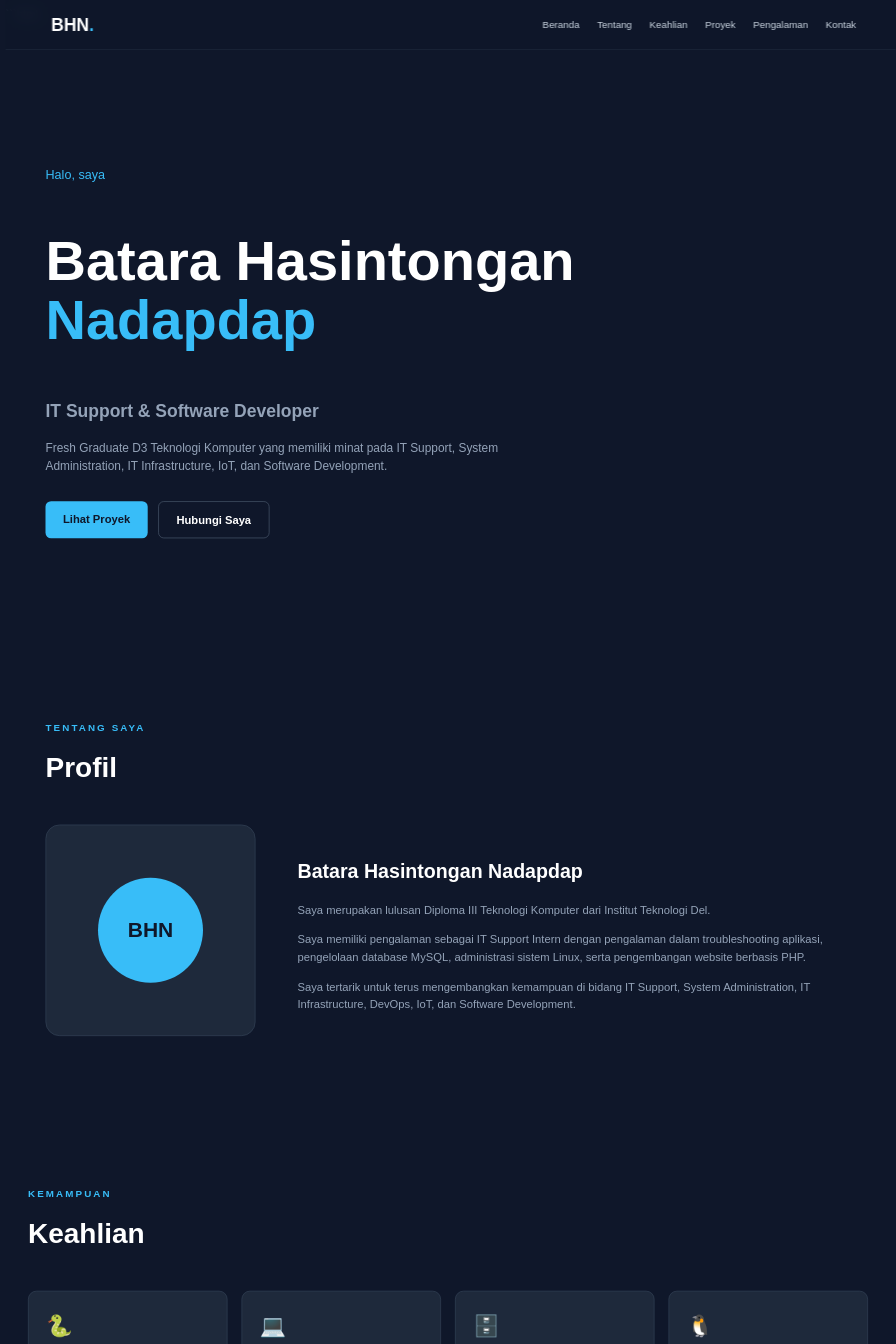
Repository: Sintong1117/Project1
Page: Index.html
The author's editor kept a copy of each file at every save. The page is drawn from the files as they stood at one save, then again after the next save.
The browser window is 1280 px wide. The pictures show the part of the page from y = 0 to 1920 px (the page is 5608 px tall before and 5044 px after), at 70% of full size.

Above is the page before, as saved 2026-09-14 09:09:35.
Console error: TypeError: "" is not a function

### Index.html
```html
<!DOCTYPE html>
<html lang="id">

<head>
    <meta charset="UTF-8">
    <meta name="viewport" content="width=device-width, initial-scale=1.0">

    <title>Batara Hasintongan Nadapdap | Portfolio</title>

    <link rel="stylesheet" href="style.css">
</head>

<body>

    <!-- NAVBAR -->
    <header>
        <nav class="navbar">
            <div class="logo">BHN<span>.</span></div>

            <ul class="nav-menu">
                <li><a href="#home">Beranda</a></li>
                <li><a href="#about">Tentang</a></li>
                <li><a href="#skills">Keahlian</a></li>
                <li><a href="#projects">Proyek</a></li>
                <li><a href="#experience">Pengalaman</a></li>
                <li><a href="#contact">Kontak</a></li>
            </ul>

            <button class="menu-button" onclick="toggleMenu()">☰</button>
        </nav>
    </header>


    <!-- HERO -->
    <section id="home" class="hero">

        <div class="hero-content">

            <p class="greeting">Halo, saya</p>

            <h1>
                Batara Hasintongan
                <span>Nadapdap</span>
            </h1>

            <h2>IT Support & Software Developer</h2>

            <p class="hero-description">
                Fresh Graduate D3 Teknologi Komputer yang memiliki
                minat pada IT Support, System Administration,
                IT Infrastructure, IoT, dan Software Development.
            </p>

            <div class="hero-buttons">
                <a href="#projects" class="btn primary">
                    Lihat Proyek
                </a>

                <a href="#contact" class="btn secondary">
                    Hubungi Saya
                </a>
            </div>

        </div>

    </section>


    <!-- ABOUT -->
    <section id="about" class="section">

        <div class="section-title">
            <p>TENTANG SAYA</p>
            <h2>Profil</h2>
        </div>

        <div class="about-content">

            <div class="about-card">
                <div class="profile-icon">BHN</div>
            </div>

            <div class="about-text">

                <h3>Batara Hasintongan Nadapdap</h3>

                <p>
                    Saya merupakan lulusan Diploma III Teknologi Komputer
                    dari Institut Teknologi Del.
                </p>

                <p>
                    Saya memiliki pengalaman sebagai IT Support Intern
                    dengan pengalaman dalam troubleshooting aplikasi,
                    pengelolaan database MySQL, administrasi sistem Linux,
                    serta pengembangan website berbasis PHP.
                </p>

                <p>
                    Saya tertarik untuk terus mengembangkan kemampuan
                    di bidang IT Support, System Administration,
                    IT Infrastructure, DevOps, IoT, dan Software Development.
                </p>

            </div>

        </div>

    </section>


    <!-- SKILLS -->
    <section id="skills" class="section skills-section">

        <div class="section-title">
            <p>KEMAMPUAN</p>
            <h2>Keahlian</h2>
        </div>

        <div class="skills-grid">

            <div class="skill-card">
                <div class="skill-icon">🐍</div>
                <h3>Python</h3>
                <p>
                    Pemrograman dasar, function, OOP,
                    dan pengembangan aplikasi sederhana.
                </p>
            </div>

            <div class="skill-card">
                <div class="skill-icon">💻</div>
                <h3>PHP</h3>
                <p>
                    Pengembangan website menggunakan
                    PHP dan database.
                </p>
            </div>

            <div class="skill-card">
                <div class="skill-icon">🗄️</div>
                <h3>MySQL</h3>
                <p>
                    Pengelolaan database, query,
                    dan integrasi database dengan aplikasi.
                </p>
            </div>

            <div class="skill-card">
                <div class="skill-icon">🐧</div>
                <h3>Linux</h3>
                <p>
                    Administrasi sistem Linux,
                    konfigurasi dan troubleshooting.
                </p>
            </div>

            <div class="skill-card">
                <div class="skill-icon">🌐</div>
                <h3>Networking</h3>
                <p>
                    Dasar jaringan komputer,
                    troubleshooting dan konfigurasi jaringan.
                </p>
            </div>

            <div class="skill-card">
                <div class="skill-icon">📡</div>
                <h3>IoT</h3>
                <p>
                    Pengembangan sistem IoT menggunakan
                    ESP32 dan sensor.
                </p>
            </div>

            <div class="skill-card">
                <div class="skill-icon">🔧</div>
                <h3>IT Support</h3>
                <p>
                    Troubleshooting perangkat,
                    aplikasi dan sistem.
                </p>
            </div>

            <div class="skill-card">
                <div class="skill-icon">🔀</div>
                <h3>Git & GitHub</h3>
                <p>
                    Version control dan pengelolaan
                    repository project.
                </p>
            </div>

        </div>

    </section>


    <!-- PROJECTS -->
    <section id="projects" class="section">

        <div class="section-title">
            <p>PORTOFOLIO</p>
            <h2>Proyek Saya</h2>
        </div>

        <div class="projects-grid">

            <!-- PROJECT 1 -->
            <article class="project-card">

                <div class="project-number">
                    01
                </div>

                <div class="project-content">

                    <p class="project-category">
                        Internet of Things
                    </p>

                    <h3>
                        Implementasi Sistem Otomatis
                        dan Monitoring Infus Berbasis IoT
                    </h3>

                    <p>
                        Sistem untuk melakukan monitoring sisa cairan
                        infus secara real-time menggunakan sensor berat.
                        Data sensor diproses menggunakan ESP32 dan
                        Node-RED kemudian ditampilkan pada website.
                    </p>

                    <div class="tags">
                        <span>ESP32</span>
                        <span>Load Cell</span>
                        <span>HX711</span>
                        <span>Node-RED</span>
                        <span>PHP</span>
                        <span>MySQL</span>
                    </div>

                </div>

            </article>


            <!-- PROJECT 2 -->
            <article class="project-card">

                <div class="project-number">
                    02
                </div>

                <div class="project-content">

                    <p class="project-category">
                        Web Development
                    </p>

                    <h3>
                        Danau Toba Tourism Website
                    </h3>

                    <p>
                        Website informasi pariwisata Danau Toba
                        yang menyediakan informasi mengenai berbagai
                        destinasi wisata. Data destinasi disimpan
                        menggunakan database MySQL.
                    </p>

                    <div class="tags">
                        <span>PHP</span>
                        <span>MySQL</span>
                        <span>HTML</span>
                        <span>CSS</span>
                    </div>

                </div>

            </article>


            <!-- PROJECT 3 -->
            <article class="project-card">

                <div class="project-number">
                    03
                </div>

                <div class="project-content">

                    <p class="project-category">
                        Python
                    </p>

                    <h3>
                        Personal CLI Assistant
                    </h3>

                    <p>
                        Aplikasi command-line sederhana menggunakan
                        Python untuk mengelola daftar tugas.
                        Project ini dikembangkan untuk mempelajari
                        Python, Function, File, OOP, dan Git.
                    </p>

                    <div class="tags">
                        <span>Python</span>
                        <span>OOP</span>
                        <span>File</span>
                        <span>Git</span>
                    </div>

                </div>

            </article>

        </div>

    </section>


    <!-- EXPERIENCE -->
    <section id="experience" class="section experience-section">

        <div class="section-title">
            <p>PENGALAMAN</p>
            <h2>Pengalaman Kerja</h2>
        </div>

        <div class="timeline">

            <div class="timeline-item">

                <div class="timeline-dot"></div>

                <div class="timeline-content">

                    <span class="timeline-date">
                        Februari 2025 – Agustus 2025
                    </span>

                    <h3>IT Support Intern</h3>

                    <h4>PT Tera Multi Wahana</h4>

                    <ul>
                        <li>
                            Memberikan dukungan teknis kepada pengguna
                            terkait aplikasi dan sistem perusahaan.
                        </li>

                        <li>
                            Melakukan troubleshooting dan analisis
                            permasalahan sistem.
                        </li>

                        <li>
                            Berkoordinasi dengan developer dalam
                            menganalisis dan menyelesaikan masalah sistem.
                        </li>

                        <li>
                            Melakukan pengelolaan database menggunakan MySQL.
                        </li>

                        <li>
                            Melakukan administrasi sistem Linux.
                        </li>

                        <li>
                            Membantu pengembangan website menggunakan PHP.
                        </li>
                    </ul>

                </div>

            </div>

        </div>

    </section>


    <!-- EDUCATION -->
    <section class="section education-section">

        <div class="section-title">
            <p>PENDIDIKAN</p>
            <h2>Pendidikan</h2>
        </div>

        <div class="education-card">

            <div class="education-year">
                2022 — 2025
            </div>

            <div>
                <h3>D3 Teknologi Komputer</h3>

                <h4>Institut Teknologi Del</h4>

                <p>
                    IPK: <strong>3.17 / 4.00</strong>
                </p>

                <p>
                    Fokus pada IoT, Embedded System,
                    Web Development, Linux Administration,
                    dan Computer Networking.
                </p>
            </div>

        </div>

    </section>


    <!-- CONTACT -->
    <section id="contact" class="section contact-section">

        <div class="section-title">
            <p>KONTAK</p>
            <h2>Mari Terhubung</h2>
        </div>

        <p class="contact-description">
            Jika ingin berdiskusi mengenai project, pekerjaan,
            atau peluang kolaborasi, silakan hubungi saya.
        </p>

        <div class="contact-grid">

            <a href="mailto:hasintonggan17ok@gmail.com" class="contact-card">
                <span>📧</span>
                <div>
                    <h3>Email</h3>
                    <p>hasintonggan17ok@gmail.com</p>
                </div>
            </a>


            <a href="https://github.com/batara3355" target="_blank" class="contact-card">
                <span>💻</span>
                <div>
                    <h3>GitHub</h3>
                    <p>github.com/batara3355</p>
                </div>
            </a>


            <a href="https://www.linkedin.com/in/batara-hasintongan-nadapdap-b994792b0/" target="_blank"
                class="contact-card">
                <span>🔗</span>
                <div>
                    <h3>LinkedIn</h3>
                    <p>Profil LinkedIn</p>
                </div>
            </a>

        </div>

    </section>


    <!-- FOOTER -->
    <footer>

        <p>
            © <span id="year"></span>
            Batara Hasintongan Nadapdap.
            All Rights Reserved.
        </p>

    </footer>


    <script src="script.js"></script>

</body>

</html>
```

### style.css
```css
/* ==============================
   RESET
============================== */

* {
    margin: 0;
    padding: 0;
    box-sizing: border-box;
}

html {
    scroll-behavior: smooth;
}

body {
    font-family: Arial, Helvetica, sans-serif;
    background: #0f172a;
    color: #e2e8f0;
    line-height: 1.6;
}


/* ==============================
   NAVBAR
============================== */

header {
    position: fixed;
    top: 0;
    width: 100%;
    z-index: 1000;
    background: rgba(15, 23, 42, 0.92);
    backdrop-filter: blur(10px);
    border-bottom: 1px solid #1e293b;
}

.navbar {
    max-width: 1150px;
    margin: auto;
    height: 70px;

    display: flex;
    align-items: center;
    justify-content: space-between;

    padding: 0 25px;
}

.logo {
    font-size: 25px;
    font-weight: bold;
    color: white;
}

.logo span {
    color: #38bdf8;
}

.nav-menu {
    display: flex;
    list-style: none;
    gap: 25px;
}

.nav-menu a {
    color: #cbd5e1;
    text-decoration: none;
    font-size: 14px;
    transition: 0.3s;
}

.nav-menu a:hover {
    color: #38bdf8;
}

.menu-button {
    display: none;
    border: none;
    background: transparent;
    color: white;
    font-size: 25px;
    cursor: pointer;
}


/* ==============================
   HERO
============================== */

.hero {
    min-height: 100vh;

    display: flex;
    align-items: center;

    max-width: 1150px;
    margin: auto;
    padding: 100px 25px 60px;
}

.hero-content {
    max-width: 800px;
}

.greeting {
    color: #38bdf8;
    font-size: 18px;
    margin-bottom: 10px;
}

.hero h1 {
    font-size: clamp(45px, 8vw, 80px);
    line-height: 1.05;
    color: white;
}

.hero h1 span {
    display: block;
    color: #38bdf8;
}

.hero h2 {
    margin-top: 20px;
    font-size: 25px;
    color: #94a3b8;
}

.hero-description {
    margin-top: 20px;
    max-width: 700px;
    color: #94a3b8;
    font-size: 17px;
}

.hero-buttons {
    display: flex;
    gap: 15px;
    margin-top: 35px;
}

.btn {
    padding: 13px 25px;
    border-radius: 8px;
    text-decoration: none;
    font-weight: bold;
    transition: 0.3s;
}

.btn.primary {
    background: #38bdf8;
    color: #0f172a;
}

.btn.primary:hover {
    transform: translateY(-3px);
}

.btn.secondary {
    border: 1px solid #475569;
    color: white;
}

.btn.secondary:hover {
    border-color: #38bdf8;
    color: #38bdf8;
}


/* ==============================
   SECTION
============================== */

.section {
    max-width: 1150px;
    margin: auto;
    padding: 100px 25px;
}

.section-title {
    margin-bottom: 50px;
}

.section-title p {
    color: #38bdf8;
    font-size: 14px;
    font-weight: bold;
    letter-spacing: 3px;
}

.section-title h2 {
    margin-top: 5px;
    font-size: 40px;
    color: white;
}


/* ==============================
   ABOUT
============================== */

.about-content {
    display: grid;
    grid-template-columns: 300px 1fr;
    gap: 60px;
    align-items: center;
}

.about-card {
    height: 300px;

    display: flex;
    align-items: center;
    justify-content: center;

    background: #1e293b;
    border: 1px solid #334155;
    border-radius: 20px;
}

.profile-icon {
    width: 150px;
    height: 150px;

    display: flex;
    align-items: center;
    justify-content: center;

    border-radius: 50%;

    background: #38bdf8;
    color: #0f172a;

    font-size: 30px;
    font-weight: bold;
}

.about-text h3 {
    font-size: 28px;
    color: white;
    margin-bottom: 20px;
}

.about-text p {
    margin-bottom: 15px;
    color: #94a3b8;
}


/* ==============================
   SKILLS
============================== */

.skills-section {
    max-width: 1200px;
}

.skills-grid {
    display: grid;
    grid-template-columns: repeat(4, 1fr);
    gap: 20px;
}

.skill-card {
    background: #1e293b;
    border: 1px solid #334155;
    border-radius: 12px;
    padding: 25px;
    transition: 0.3s;
}

.skill-card:hover {
    transform: translateY(-7px);
    border-color: #38bdf8;
}

.skill-icon {
    font-size: 30px;
    margin-bottom: 15px;
}

.skill-card h3 {
    color: white;
    margin-bottom: 8px;
}

.skill-card p {
    color: #94a3b8;
    font-size: 14px;
}


/* ==============================
   PROJECTS
============================== */

.projects-grid {
    display: grid;
    grid-template-columns: repeat(2, 1fr);
    gap: 25px;
}

.project-card {
    position: relative;

    background: #1e293b;
    border: 1px solid #334155;

    border-radius: 15px;
    padding: 35px;

    overflow: hidden;

    transition: 0.3s;
}

.project-card:hover {
    transform: translateY(-7px);
    border-color: #38bdf8;
}

.project-number {
    position: absolute;
    top: 20px;
    right: 25px;

    font-size: 40px;
    font-weight: bold;

    color: #334155;
}

.project-category {
    color: #38bdf8;
    font-size: 13px;
    font-weight: bold;
}

.project-content h3 {
    margin: 12px 0;
    color: white;
    font-size: 23px;
}

.project-content p {
    color: #94a3b8;
}

.tags {
    display: flex;
    flex-wrap: wrap;
    gap: 8px;

    margin-top: 20px;
}

.tags span {
    padding: 5px 10px;

    border-radius: 5px;

    background: #0f172a;
    color: #7dd3fc;

    font-size: 12px;
}


/* ==============================
   EXPERIENCE
============================== */

.experience-section {
    max-width: 900px;
}

.timeline {
    border-left: 2px solid #334155;
    padding-left: 30px;
}

.timeline-item {
    position: relative;
}

.timeline-dot {
    position: absolute;

    width: 14px;
    height: 14px;

    border-radius: 50%;

    background: #38bdf8;

    left: -38px;
    top: 5px;
}

.timeline-date {
    color: #38bdf8;
    font-size: 14px;
}

.timeline-content h3 {
    color: white;
    font-size: 28px;
    margin-top: 5px;
}

.timeline-content h4 {
    color: #94a3b8;
    margin-bottom: 20px;
}

.timeline-content ul {
    padding-left: 20px;
    color: #94a3b8;
}

.timeline-content li {
    margin-bottom: 10px;
}


/* ==============================
   EDUCATION
============================== */

.education-section {
    max-width: 900px;
}

.education-card {
    display: grid;
    grid-template-columns: 180px 1fr;
    gap: 30px;

    background: #1e293b;
    border: 1px solid #334155;

    border-radius: 15px;
    padding: 30px;
}

.education-year {
    color: #38bdf8;
    font-weight: bold;
}

.education-card h3 {
    color: white;
    font-size: 25px;
}

.education-card h4 {
    color: #94a3b8;
    margin: 5px 0 15px;
}

.education-card p {
    color: #94a3b8;
    margin-bottom: 8px;
}


/* ==============================
   CONTACT
============================== */

.contact-section {
    text-align: center;
}

.contact-description {
    max-width: 650px;
    margin: -20px auto 40px;
    color: #94a3b8;
}

.contact-grid {
    display: grid;
    grid-template-columns: repeat(3, 1fr);
    gap: 20px;
}

.contact-card {
    display: flex;
    align-items: center;
    gap: 15px;

    text-align: left;

    padding: 20px;

    background: #1e293b;
    border: 1px solid #334155;

    border-radius: 10px;

    text-decoration: none;

    transition: 0.3s;
}

.contact-card:hover {
    border-color: #38bdf8;
    transform: translateY(-5px);
}

.contact-card > span {
    font-size: 28px;
}

.contact-card h3 {
    color: white;
}

.contact-card p {
    color: #94a3b8;
    font-size: 13px;
}


/* ==============================
   FOOTER
============================== */

footer {
    border-top: 1px solid #1e293b;

    padding: 30px 20px;

    text-align: center;

    color: #64748b;

    font-size: 13px;
}


/* ==============================
   RESPONSIVE
============================== */

@media (max-width: 900px) {

    .nav-menu {
        position: absolute;

        top: 70px;
        left: 0;

        width: 100%;

        display: none;
        flex-direction: column;

        background: #0f172a;

        padding: 20px;

        border-bottom: 1px solid #1e293b;
    }

    .nav-menu.active {
        display: flex;
    }

    .menu-button {
        display: block;
    }

    .skills-grid {
        grid-template-columns: repeat(2, 1fr);
    }

    .contact-grid {
        grid-template-columns: 1fr;
    }
}


@media (max-width: 650px) {

    .hero h1 {
        font-size: 45px;
    }

    .hero h2 {
        font-size: 20px;
    }

    .hero-buttons {
        flex-direction: column;
    }

    .btn {
        text-align: center;
    }

    .about-content {
        grid-template-columns: 1fr;
    }

    .about-card {
        height: 220px;
    }

    .skills-grid {
        grid-template-columns: 1fr;
    }

    .projects-grid {
        grid-template-columns: 1fr;
    }

    .education-card {
        grid-template-columns: 1fr;
    }

    .section-title h2 {
        font-size: 32px;
    }
}
```

### script.js
``
`javascript
// ==============================
// MENU MOBILE
// ==============================

function toggleMenu() {

    const menu = document.querySelector(".nav-menu");

    menu.classList.toggle("active");

}


// ==============================
// TAHUN FOOTER OTOMATIS
// ==============================

document.getElementById("year").textContent =
    new Date().getFullYear();


// ==============================
// TUTUP MENU SETELAH LINK DIKLIK
// ==============================

const navLinks = document.querySelectorAll(".nav-menu a");

navLinks.forEach(function(link) {

    link.addEventListener("click", function() {

        document
            .querySelector(".nav-menu")
            .classList.remove("active");

    });

});
`
``

After the next save:
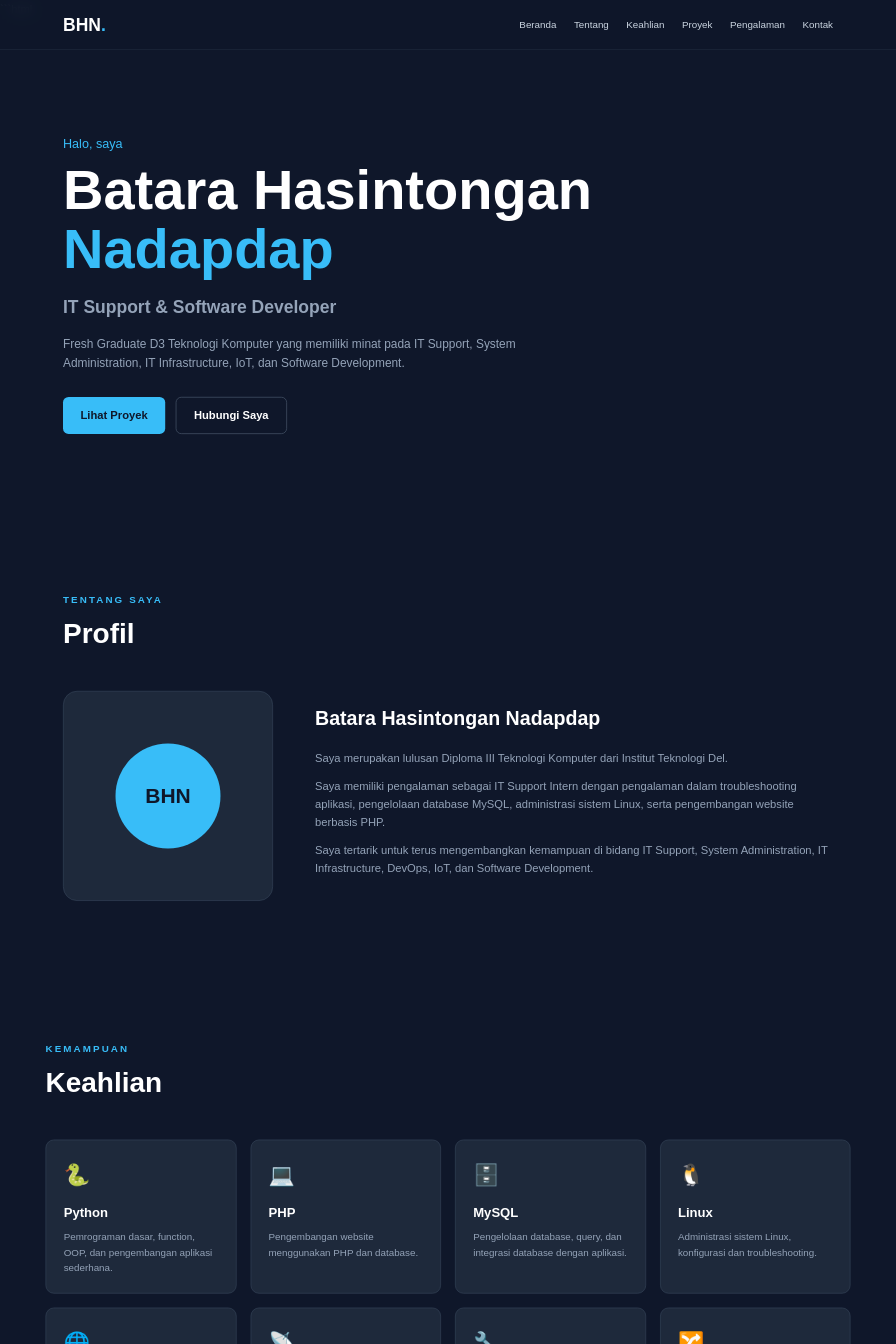
Saved 3 min 37 s later.
--- a/style.css
+++ b/style.css
@@ -1,4 +1,3 @@
-```css
 /* ==============================
    RESET
 ============================== */
@@ -508,7 +507,7 @@ header {
     transform: translateY(-5px);
 }
 
-.contact-card > span {
+.contact-card>span {
     font-size: 28px;
 }
 
@@ -623,4 +622,5 @@ footer {
         font-size: 32px;
     }
 }
+
 ```
